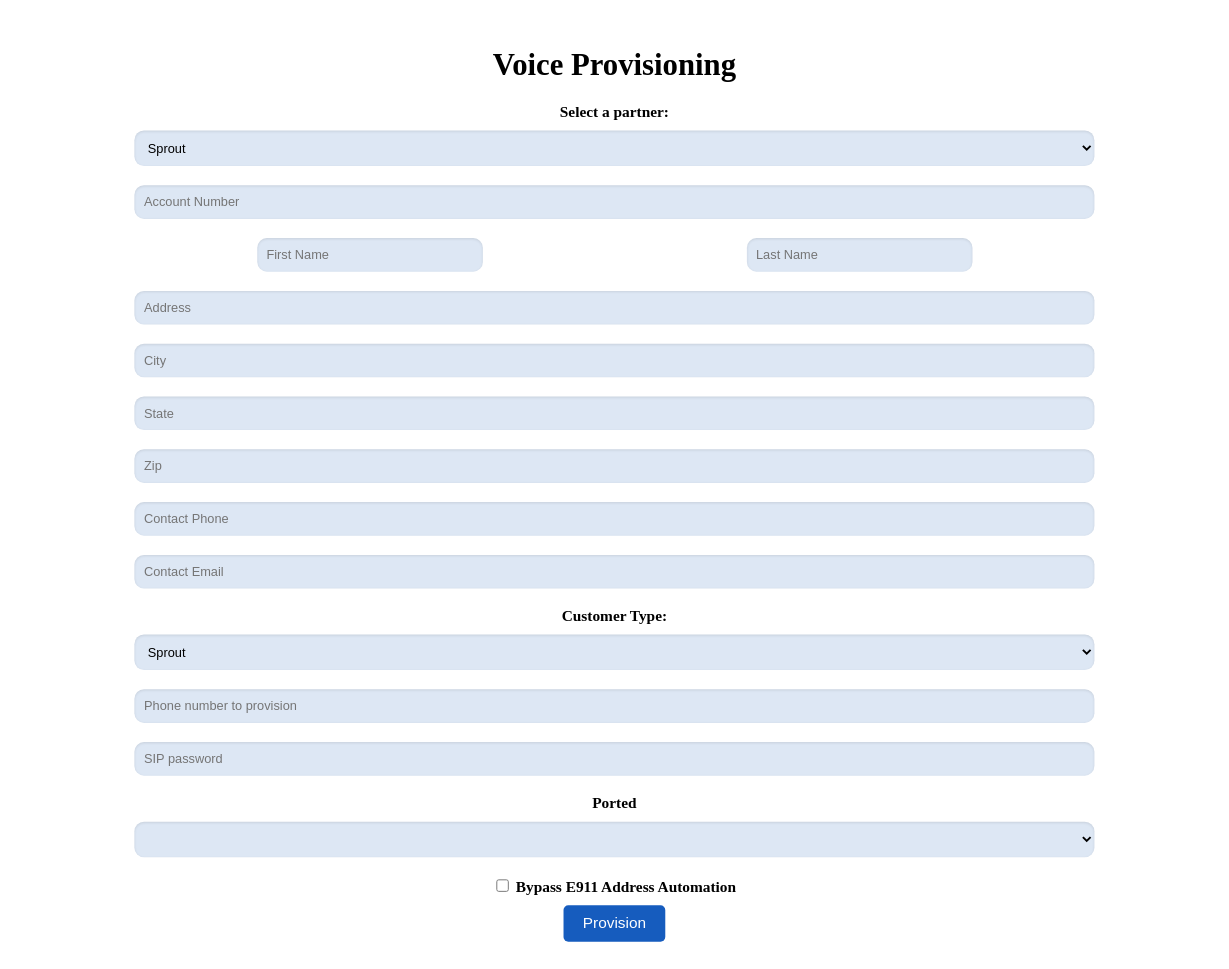
Repository: smallchungus/logiccom
Page: /
The author's editor kept a copy of each file at every save. The page is drawn from the files as they stood at one save, then again after the next save.
The browser window is 1280 px wide. The pictures show the whole page, at 96% of full size.
The project was rebuilt for these pictures with package versions that can differ from the ones it lists, and the page was loaded fresh each time. Also part of the build but not shown: vite.config.ts.

Above is the page before, as saved 2023-05-04 12:06:09.

### src/App.vue
<style src="./styles.css"></style>


<template>


<form>
  <header>
    <h1>Voice Provisioning</h1>
  </header>
      <div class="form-group">
        <label for="partner">Select a partner:</label>
        <select id="partner" name="partner">
          <option value="Sprout">Sprout</option>
          <option value="option2">Option 2</option>
        </select>
      </div>

      <div class="form-group">
        <input type="text" id="accountNum" name="accountNum" placeholder="Account Number">
      </div>

    <div class="form-row">
      <div class="form-group">
        <input type="text" id="firstName" name="firstName" placeholder="First Name" class="inline">
      </div>

      <div class="form-group">
        <input type="text" id="lastName" name="lastName" placeholder="Last Name" class="inline">
      </div>
    </div>


      <div class="form-group">
        <input type="text" id="address" name="address" placeholder="Address">
      </div>

      <div class="form-group">
        <input type="text" id="city" name="city" placeholder="City">
      </div>

      <div class="form-group">
        <input type="text" id="state" name="state" placeholder="State">
      </div>

      <div class="form-group">
        <input type="text" id="zip" name="zip" placeholder="Zip">
      </div>

      <div class="form-group">
        <input type="text" id="contactPhone" name="contactPhone" placeholder="Contact Phone">
      </div>

      <div class="form-group">
        <input type="text" id="contactEmail" name="contactEmail" placeholder="Contact Email">
      </div>

      <div class="form-group">
        <label for="customerType">Customer Type:</label>
        <select id="customerType" name="customerType">
          <option value="Sprout">Sprout</option>
          <option value="option2">Option 2</option>
        </select>
      </div>

      <div class="form-group">
        <input type="text" id="phoneToProv" name="phoneToProv" placeholder="Phone number to provision">
      </div>

      <div class="form-group">
        <input type="password" id="sipPassword" name="sipPassword" placeholder="SIP password">
      </div>


    <label for="ported">Ported</label>
    <select id="ported" name="ported">
      <option value=""></option>
      <option value="option2">Option 2</option>
    </select>

    <label>
      <input type="checkbox" >
      Bypass E911 Address Automation
    </label>

    <button type="submit">Provision</button>
  </form>
</template>

### src/styles.css
header {
    text-align: center;
    margin: 0 auto;
  }

  body {
    text-align: center;
  }

  form {
    /* background-color: #f7f7f7; */
    border-radius: 5px;
    padding: 20px;
    margin: 0 auto;
    max-width: 1000px;
  }

  .form-row {
    display: flex;
    flex-wrap: wrap;
  }

  .form-row .form-group {
    width: calc(50% - 10px);
    margin-right: 20px;
  }

  .form-row .form-group:last-child {
    margin-right: 0;
  }

  label {
    display: block;
    font-weight: bold;
    margin-bottom: 10px;
  }

  input[type="text"],
  input[type="password"],
  select {
    box-sizing: border-box; /* add this line */
    background-color: #dde7f4;
    width: 100%;
    padding: 10px;
    border: none;
    border-radius: 10px;
    margin-bottom: 20px;
    box-shadow: inset 0px 1px 3px rgba(0, 0, 0, 0.1);
  }

  input[type="text"].inline {
    display: inline-block;
    width: calc(50% - 10px);
    margin-right: 20px;
  }

  input[type="text"].inline:last-child {
    margin-right: 0;
  }

  button[type="submit"] {
    background-color: #165cbe;
    color: #fff;
    border: none;
    border-radius: 5px;
    padding: 10px 20px;
    font-size: 16px;
    cursor: pointer;
  }

  @media (min-width: 1024px) {
    header {
      display: flex;
      justify-content: center;
      align-items: center;
    }
  }

Loaded but not shown: index.html (common file); src/main.ts (common file)

After the next save:
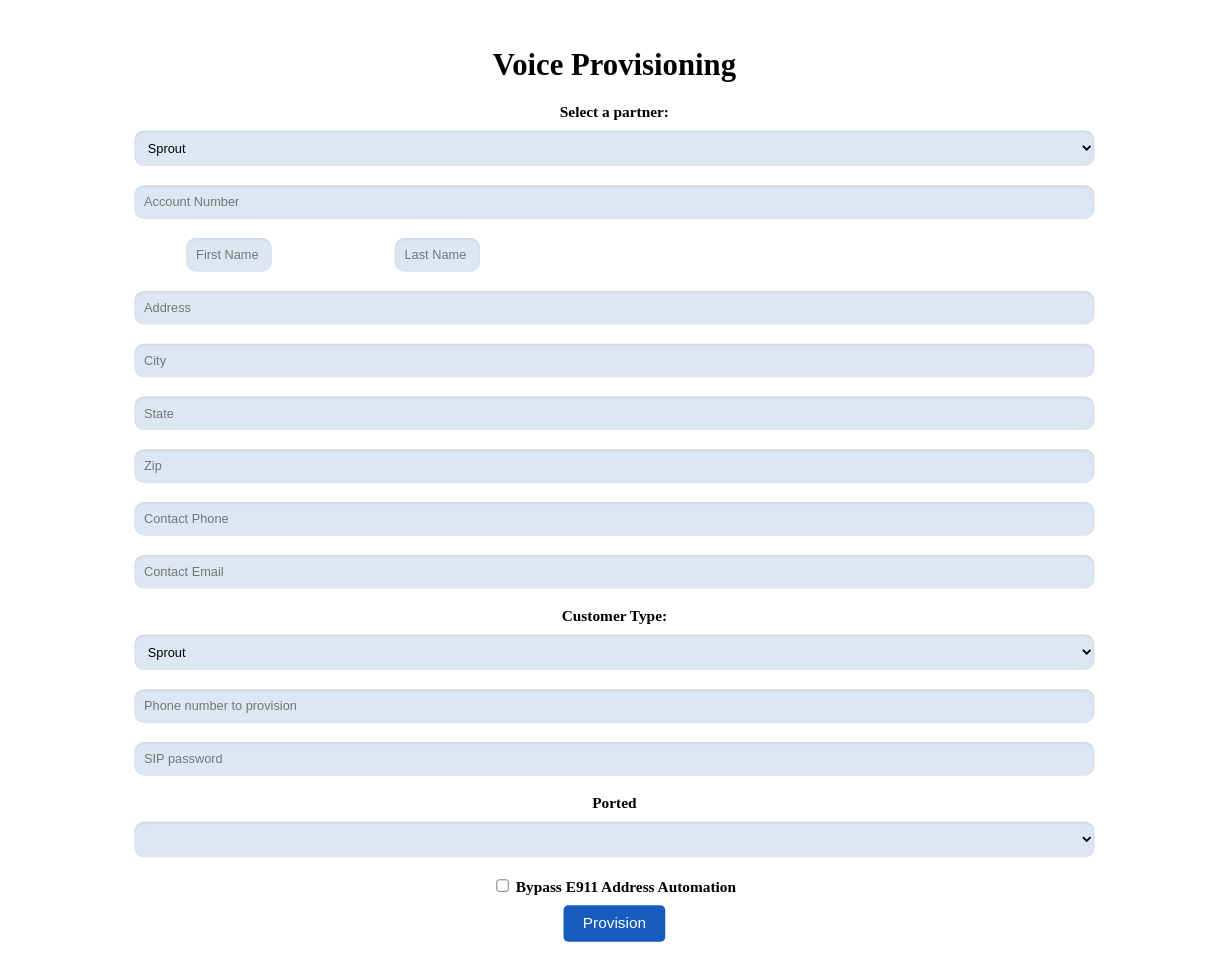
Saved 47 s later.
--- a/src/styles.css
+++ b/src/styles.css
@@ -21,7 +21,7 @@ header {
   }
 
   .form-row .form-group {
-    width: calc(50% - 10px);
+    /* width: calc(50% - 10px); */
     margin-right: 20px;
   }
 
